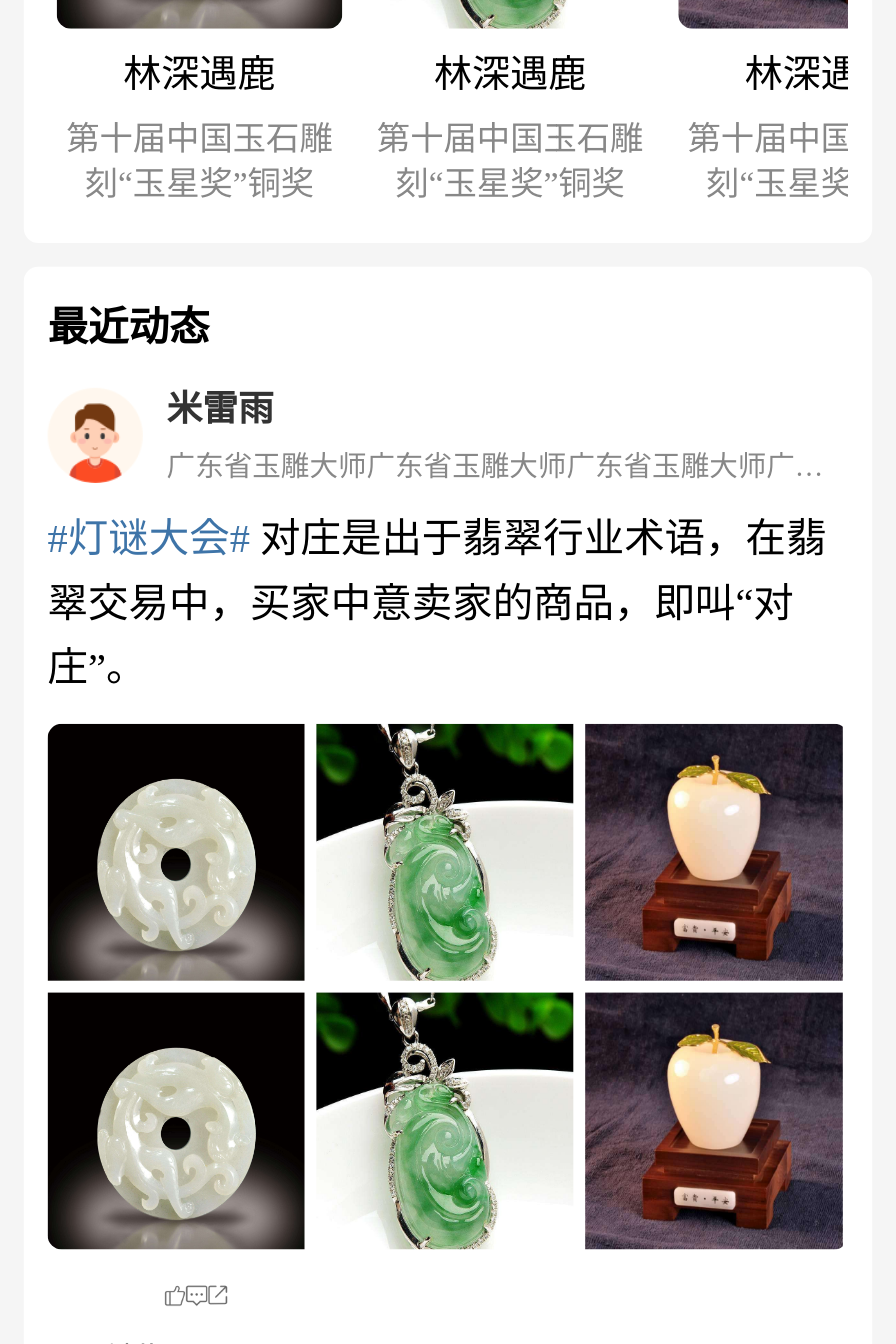
Repository: 1yanglulu/-
Page: html/jadecarvemaincenter.html
The author's editor kept a copy of each file at every save. The page is drawn from the files as they stood at one save, then again after the next save.
The browser window is 1280 px wide. The pictures show the part of the page from y = 4580 to 6500 px (the page is 7030 px tall before and 7000 px after), at 70% of full size.

Above is the page before, as saved 2020-01-08 17:28:51.

After the next save:
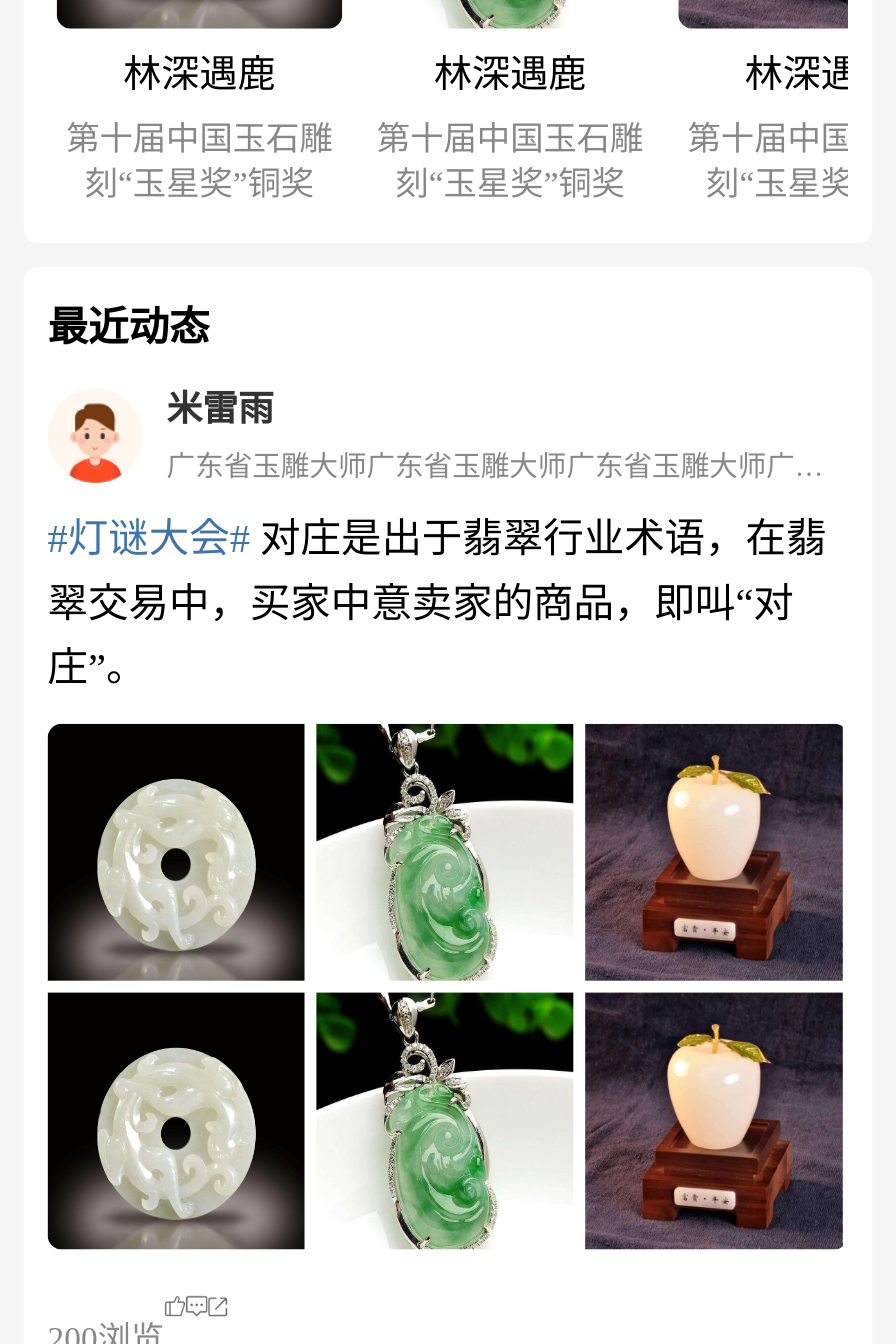
Saved 50 s later.
--- a/css/recentactive.css
+++ b/css/recentactive.css
@@ -145,3 +145,6 @@
 .follow-num{
   display: inline-block;
 }
+.recent-follow-item>img{
+  display: inline-block;
+}
